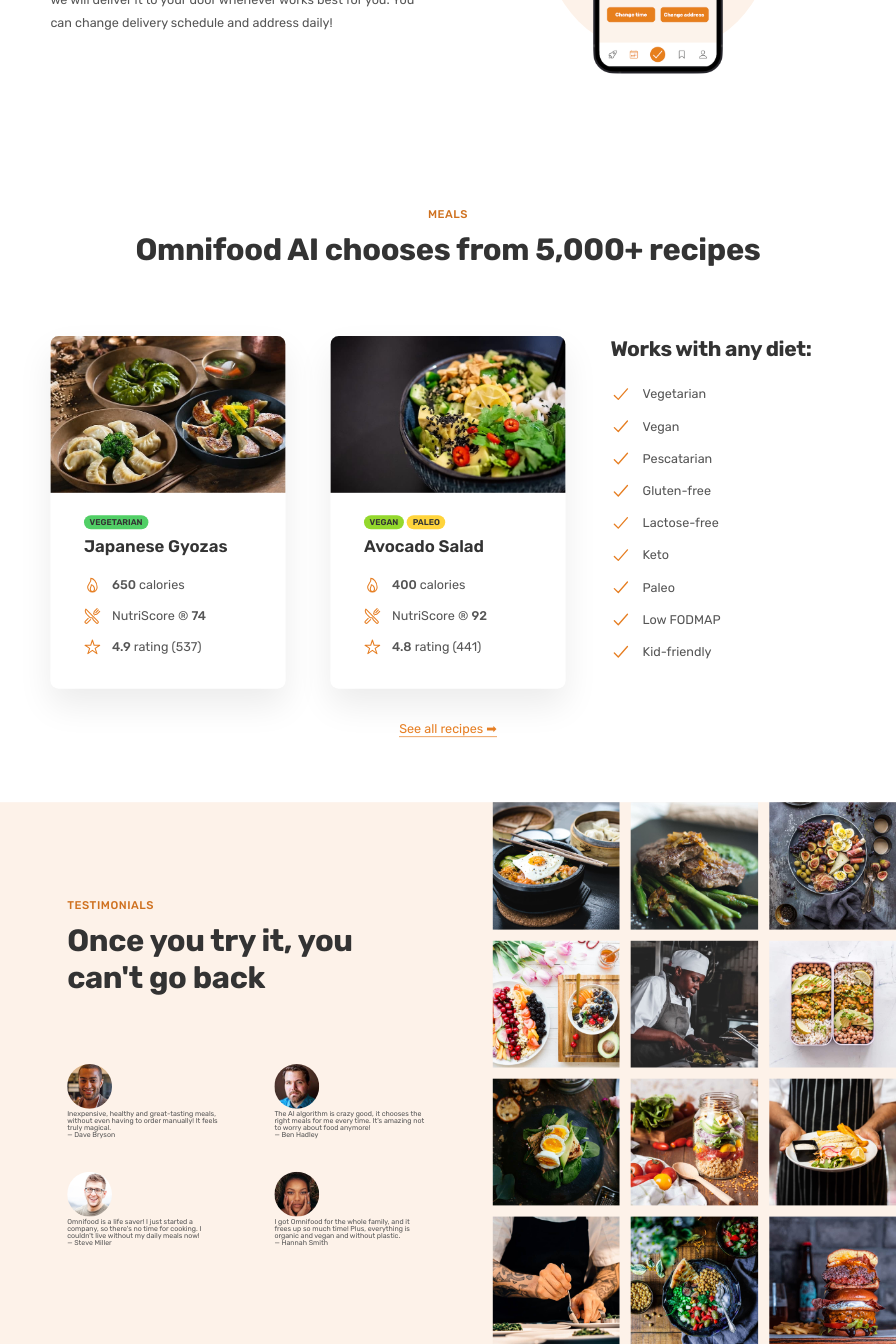
Repository: TranPhucThinh/Omnifood
Page: index.html
An editor plug-in stored every save of this project. The page is shown before and after the next save, followed by the edit.
The browser window is 1280 px wide. The pictures show the part of the page from y = 2450 to 4370 px (the page is 4370 px tall), at 70% of full size.

Above is the page before, as saved 2022-08-06 21:47:37.

### index.html
<!DOCTYPE html>
<html lang="en">

<head>
    <meta charset="UTF-8">
    <meta http-equiv="X-UA-Compatible" content="IE=edge">
    <meta name="viewport" content="width=device-width, initial-scale=1.0">

    <link rel="preconnect" href="https://fonts.googleapis.com">
    <link rel="preconnect" href="https://fonts.gstatic.com" crossorigin>
    <link href="https://fonts.googleapis.com/css2?family=Rubik:wght@300;400;500;600;700;800;900&display=swap"
        rel="stylesheet">

    <link rel="stylesheet" href="./assets/styles/general.css">
    <link rel="stylesheet" href="./assets/styles/style.css">

    <title>Omnifood</title>
</head>

<body>
    <!-- SECTION HEADER -->
    <div class="header">
        <a href="#">
            <img src="./assets/imgs/omnifood-logo.png" alt="Omnifood logo" class="header-logo">
        </a>
        <nav class="main-nav">
            <ul class="main-nav-list">
                <li>
                    <a href="#" class="main-nav-link">How it works</a>
                </li>
                <li>
                    <a href="#" class="main-nav-link">Meals</a>
                </li>
                <li>
                    <a href="#" class="main-nav-link">Testimonials</a>
                </li>
                <li>
                    <a href="#" class="main-nav-link">Pricing</a>
                </li>
                <li>
                    <a href="#" class="main-nav-link nav-btn">Try for free</a>
                </li>
            </ul>
        </nav>
    </div>
    <!-- End of SECTION HEADER -->

    <!-- SECTION HERO -->
    <section class="section-hero">
        <div class="hero">
            <div class="hero-text-box">
                <h1 class="heading-primary">A healthy meal delivered to your door, every single day</h1>
                <p class="hero-desc margin-bottom-md">The smart 365-days-per-year food subscription that will make you
                    eat healthy again.
                    Tailored to your personal tastes and nutritional needs.</p>
                <a href="#" class="btn btn--full margin-right-sm">Start eating well</a>
                <a href="#" class="btn btn--outline">Learn more ⬇</a>
                <div class="delivered-meals">
                    <div class="delivered-imgs">
                        <img src="./assets/imgs/customers/customer-1.jpg" alt="customer 1">
                        <img src="./assets/imgs/customers/customer-2.jpg" alt="customer 2">
                        <img src="./assets/imgs/customers/customer-3.jpg" alt="customer 3">
                        <img src="./assets/imgs/customers/customer-4.jpg" alt="customer 4">
                        <img src="./assets/imgs/customers/customer-5.jpg" alt="customer 5">
                        <img src="./assets/imgs/customers/customer-6.jpg" alt="customer 6">
                    </div>
                    <p class="delivered-text">
                        <span>250,000+</span> meals delivered last year!
                    </p>
                </div>
            </div>
            <div class="hero-img-box">
                <img src="./assets/imgs/hero.png"
                    alt="woman enjoy food, meals in storage container, and food bowls on a table" class="hero-img">
            </div>
        </div>
    </section>
    <!-- End of SECTION HERO -->

    <!-- SECTION FEATURED -->
    <section class="section-featured">
        <div class="container">
            <h2 class="heading-feature-in">As featured in</h2>
            <div class="logos">
                <img src="./assets/imgs/logos/techcrunch.png" alt="Techcrunch logo">
                <img src="./assets/imgs/logos/business-insider.png" alt="business insider logo">
                <img src="./assets/imgs/logos/the-new-york-times.png" alt="The new york time logo">
                <img src="./assets/imgs/logos/forbes.png" alt="Forbes logo">
                <img src="./assets/imgs/logos/usa-today.png" alt="Usa today logo">
            </div>
        </div>
    </section>
    <!-- End of SECTION FEATURED -->

    <!-- SECTION HOW IT WORKS -->
    <section class="section-how">
        <div class="container">
            <p class="subheading">HOW IT WORKS</p>
            <h2 class="heading-secondary">Your daily dose of health in 3 simple steps</h2>
        </div>
        <div class="container grid grid--2-cols grid--center-vertical">
            <!-- STEP 1 -->
            <div class="step-text-box">
                <div class="step-number">01</div>
                <h3 class="heading-tertiary">Tell us what you like (and what not)</h3>
                <p class="step-desc">Never again waste time thinking about what to eat! Omnifood AI will create a 100%
                    personalized weekly meal plan just for you. It makes sure you get all the nutrients and vitamins you
                    need, no matter what diet you follow!</p>
            </div>
            <div class="step-img-box">
                <img src="./assets/imgs/app/app-screen-1.png" alt="iPhone app preferences selection screen"
                    class="step-img">
            </div>

            <!-- STEP 2 -->
            <div class="step-img-box">
                <img src="./assets/imgs/app/app-screen-2.png" alt="iPhone app
                meal approving plan screen" class="step-img">
            </div>
            <div class="step-text-box">
                <div class="step-number">02</div>
                <h3 class="heading-tertiary">Approve your weekly meal plan</h3>
                <p class="step-desc">Once per week, approve the meal plan generated for you by Omnifood AI. You can
                    change ingredients, swap entire meals, or even add your own recipes.</p>
            </div>

            <!-- STEP 3 -->
            <div class="step-text-box">
                <div class="step-number">03</div>
                <h3 class="heading-tertiary">Receive meals at convenient time</h3>
                <p class="step-desc">Best chefs in town will cook your selected meal every day, and we will deliver it
                    to your door whenever works best for you. You can change delivery schedule and address daily!</p>
            </div>
            <div class="step-img-box">
                <img src="./assets/imgs/app/app-screen-3.png" alt="iPhone app
                delivery screen" class="step-img">
            </div>
        </div>
    </section>
    <!-- End of SECTION HOW IT WORKS -->

    <!-- SECTION MEALS -->
    <section class="section-meals">
        <div class="container center-text">
            <p class="subheading">Meals</p>
            <h2 class="heading-secondary">Omnifood AI chooses from 5,000+ recipes</h2>
        </div>
        <div class="container grid grid--3-cols margin-bottom-md">
            <div class="meal">
                <img src="./assets/imgs/meals/meal-1.jpg" alt="Japanese Gyozas" class="meal-img">
                <div class="meal-content">
                    <div class="meal-tag">
                        <p class="tag tag--vegetarian">vegetarian</p>
                    </div>
                    <p class="meal-title">Japanese Gyozas</p>
                    <ul class="meal-attributes">
                        <li class="meal-attribute">
                            <ion-icon class="meal-icon" name="flame-outline"></ion-icon>
                            <span><strong>650</strong> calories</span>
                        </li>
                        <li class="meal-attribute">
                            <ion-icon class="meal-icon" name="restaurant-outline"></ion-icon>
                            <span>NutriScore ® <strong>74</strong></span>
                        </li>
                        <li class="meal-attribute">
                            <ion-icon class="meal-icon" name="star-outline"></ion-icon>
                            <span><strong>4.9</strong> rating (537)</span>
                        </li>
                    </ul>
                </div>
            </div>
            <div class="meal">
                <img src="./assets/imgs/meals/meal-2.jpg" alt="Avocado Salad" class="meal-img">
                <div class="meal-content">
                    <div class="meal-tag">
                        <p class="tag tag--vegan">vegan</p>
                        <p class="tag tag---paleo">paleo</p>
                    </div>
                    <p class="meal-title">Avocado Salad</p>
                    <ul class="meal-attributes">
                        <li class="meal-attribute">
                            <ion-icon class="meal-icon" name="flame-outline"></ion-icon>
                            <span><strong>400</strong> calories</span>
                        </li>
                        <li class="meal-attribute">
                            <ion-icon class="meal-icon" name="restaurant-outline"></ion-icon>
                            <span>NutriScore ® <strong>92</strong></span>
                        </li>
                        <li class="meal-attribute">
                            <ion-icon class="meal-icon" name="star-outline"></ion-icon>
                            <span><strong>4.8</strong> rating (441)</span>
                        </li>
                    </ul>
                </div>
            </div>
            <div class="diet">
                <h3 class="heading-tertiary">Works with any diet:</h3>
                <ul class="list">
                    <li class="list-item">
                        <ion-icon class="list-icon" name="checkmark-outline"></ion-icon>
                        <span>Vegetarian</span>
                    </li>
                    <li class="list-item">
                        <ion-icon class="list-icon" name="checkmark-outline"></ion-icon>
                        <span>Vegan</span>
                    </li>
                    <li class="list-item">
                        <ion-icon class="list-icon" name="checkmark-outline"></ion-icon>
                        <span>Pescatarian</span>
                    </li>
                    <li class="list-item">
                        <ion-icon class="list-icon" name="checkmark-outline"></ion-icon>
                        <span>Gluten-free</span>
                    </li>
                    <li class="list-item">
                        <ion-icon class="list-icon" name="checkmark-outline"></ion-icon>
                        <span>Lactose-free</span>
                    </li>
                    <li class="list-item">
                        <ion-icon class="list-icon" name="checkmark-outline"></ion-icon>
                        <span>Keto</span>
                    </li>
                    <li class="list-item">
                        <ion-icon class="list-icon" name="checkmark-outline"></ion-icon>
                        <span>Paleo</span>
                    </li>
                    <li class="list-item">
                        <ion-icon class="list-icon" name="checkmark-outline"></ion-icon>
                        <span>Low FODMAP</span>
                    </li>
                    <li class="list-item">
                        <ion-icon class="list-icon" name="checkmark-outline"></ion-icon>
                        <span>Kid-friendly</span>
                    </li>
                </ul>
            </div>
        </div>
        <div class="container all-recipes center-text">
            <a href="#" class="link">See all recipes ➡</a>
        </div>
    </section>
    <!-- End of SECTION MEALS -->

    <!-- SECTION TESTIMONIALS -->
    <div class="section-testimonials">
        <div class="testimonials-container">
            <div class="subheading">testimonials</div>
            <div class="heading-secondary">Once you try it, you can't go back</div>
            <div class="testimonials">
                <div class="testimonial">
                    <img src="./assets/imgs/customers/dave.jpg" alt="Photo of customer Dave Bryson"
                        class="testimonial-img">
                    <blockquote class="testimonial-text">Inexpensive, healthy and great-tasting meals, without even
                        having to order manually! It feels truly magical.</blockquote>
                    <p class="testimonial-name">— Dave Bryson</p>
                </div>
                <div class="testimonial">
                    <img src="./assets/imgs/customers/ben.jpg" alt="Photo of customer Ben Hadley"
                        class="testimonial-img">
                    <blockquote class="testimonial-text">The AI algorithm is crazy good, it chooses the right meals for
                        me every time. It's amazing not to worry about food anymore!</blockquote>
                    <p class="testimonial-name">— Ben Hadley</p>
                </div>
                <div class="testimonial">
                    <img src="./assets/imgs/customers/steve.jpg" alt="Photo of customer Steve Miller"
                        class="testimonial-img">
                    <blockquote class="testimonial-text">Omnifood is a life saver! I just started a company, so there's
                        no time for cooking. I couldn't live without my daily meals now!</blockquote>
                    <p class="testimonial-name">— Steve Miller</p>
                </div>
                <div class="testimonial">
                    <img src="./assets/imgs/customers/hannah.jpg" alt="Photo of customer Hannah Smith"
                        class="testimonial-img">
                    <blockquote class="testimonial-text">I got Omnifood for the whole family, and it frees up so much
                        time! Plus, everything is organic and vegan and without plastic.</blockquote>
                    <p class="testimonial-name">— Hannah Smith</p>
                </div>
            </div>
        </div>
        <div class="gallery">
            <img src="./assets/imgs/gallery/gallery-1.jpg" alt="Photo of beautifully arranged food"
                class="gallery-item">
            <img src="./assets/imgs/gallery/gallery-2.jpg" alt="Photo of beautifully arranged food"
                class="gallery-item">
            <img src="./assets/imgs/gallery/gallery-3.jpg" alt="Photo of beautifully arranged food"
                class="gallery-item">
            <img src="./assets/imgs/gallery/gallery-4.jpg" alt="Photo of beautifully arranged food"
                class="gallery-item">
            <img src="./assets/imgs/gallery/gallery-5.jpg" alt="Photo of beautifully arranged food"
                class="gallery-item">
            <img src="./assets/imgs/gallery/gallery-6.jpg" alt="Photo of beautifully arranged food"
                class="gallery-item">
            <img src="./assets/imgs/gallery/gallery-7.jpg" alt="Photo of beautifully arranged food"
                class="gallery-item">
            <img src="./assets/imgs/gallery/gallery-8.jpg" alt="Photo of beautifully arranged food"
                class="gallery-item">
            <img src="./assets/imgs/gallery/gallery-9.jpg" alt="Photo of beautifully arranged food"
                class="gallery-item">
            <img src="./assets/imgs/gallery/gallery-10.jpg" alt="Photo of beautifully arranged food"
                class="gallery-item">
            <img src="./assets/imgs/gallery/gallery-11.jpg" alt="Photo of beautifully arranged food"
                class="gallery-item">
            <img src="./assets/imgs/gallery/gallery-12.jpg" alt="Photo of beautifully arranged food"
                class="gallery-item">
        </div>
    </div>
    <!-- End of SECTION TESTIMONIALS -->

    <script type="module" src="https://unpkg.com/ionicons@5.5.2/dist/ionicons/ionicons.esm.js"></script>
    <script nomodule src="https://unpkg.com/ionicons@5.5.2/dist/ionicons/ionicons.js"></script>
</body>

</html>

### assets/styles/general.css
* {
  margin: 0;
  padding: 0;
  box-sizing: border-box;
}

html {
  font-size: 62.5%;
}

body {
  font-family: 'Rubik', sans-serif;
  line-height: 1;
  font-weight: 400;
  color: #555;
}

/* GENERAL REUSABLE COMPONENTS */
.container {
  max-width: 120rem;
  padding: 0 3.2rem;
  margin: 0 auto;
}

.grid {
  display: grid;
  row-gap: 9.6rem;
  column-gap: 6.4rem;
}

.grid--2-cols {
  grid-template-columns: repeat(2, 1fr);
}

.grid--3-cols {
  grid-template-columns: repeat(3, 1fr);
}

.grid--4-cols {
  grid-template-columns: repeat(4, 1fr);
}

.grid--center-vertical {
  align-items: center;
}

.heading-primary,
.heading-secondary,
.heading-tertiary {
  letter-spacing: -0.5px;
  color: #333;
  font-weight: 700;
}

.heading-primary {
  line-height: 1.05;
  font-size: 5.2rem;
  margin-bottom: 3.2rem;
}

.heading-secondary {
  font-size: 4.4rem;
  line-height: 1.2;
  margin-bottom: 9.6rem;
}

.heading-tertiary {
  font-size: 3rem;
  line-height: 1.2;
  margin-bottom: 3.2rem;
}

.subheading {
  font-size: 1.6rem;
  color: #cf711f;
  margin-bottom: 1.6rem;
  font-weight: 500;
  letter-spacing: 0.75px;
  text-transform: uppercase;
}

.hero-text-box .btn:link,
.hero-text-box .btn:visited {
  text-decoration: none;
  font-size: 2rem;
  font-weight: 600;
  display: inline-block;
  border-radius: 8px;
  padding: 1.6rem 3.2rem;
  transition: all 0.3s;
}

.hero-text-box .btn--full:link,
.hero-text-box .btn--full:visited {
  color: #fff;
  background-color: #e67e22;
}

.hero-text-box .btn--full:hover,
.hero-text-box .btn--full:active {
  background-color: #cf711f;
}

.hero-text-box .btn--outline:link,
.hero-text-box .btn--outline:visited {
  color: #555;
  background-color: #fff;
  border: -4px solid #fff;
}

.hero-text-box .btn--outline:hover,
.hero-text-box .btn--outline:active {
  background-color: #fdf2e9;
}

.step-img-box::before,
.step-img-box::after {
  content: '';
  display: block;
  position: absolute;
  top: 50%;
  left: 50%;
  transform: translate(-50%, -50%);
  border-radius: 50%;
}

.center-text {
  text-align: center;
}

.margin-right-sm {
  margin-right: 1.6rem !important;
}

.margin-bottom-md {
  margin-bottom: 4.8rem !important;
}
/* END of GENERAL REUSABLE COMPONENTS */

### assets/styles/style.css
/* Section Header */
.header {
  display: flex;
  justify-content: space-between;
  height: 9.6rem;
  align-items: center;
  padding: 0 4.8rem;
  background-color: #fdf2e9;
}

.header-logo {
  height: 2.2rem;
}

.main-nav-list {
  display: flex;
  list-style-type: none;
  gap: 3.2rem;
}

.main-nav-link:link,
.main-nav-link:visited {
  text-decoration: none;
  font-size: 1.8rem;
  color: #333;
  font-weight: 500;
  transition: all 0.3s;
}

.main-nav-link:hover,
.main-nav-link:active {
  color: #cf711f;
}

.main-nav-link.nav-btn:link,
.main-nav-link.nav-btn:visited {
  padding: 1.2rem 2.4rem;
  border-radius: 9px;
  background-color: #e67e22;
  color: #fff;
}

.main-nav-link.nav-btn:hover,
.main-nav-link.nav-btn:active {
  color: #fff;
  background-color: #cf711f;
}
/* End of Section Header */

/* Section Hero */
.section-hero {
  background-color: #fdf2e9;
  padding: 4.8rem 0 9.6rem;
}

.hero {
  max-width: 130rem;
  margin: 0 auto;
  display: grid;
  grid-template-columns: 1fr 1fr;
  gap: 9.6rem;
  padding: 0 3.2rem;
  align-items: center;
}

.hero-text-box .hero-desc {
  font-size: 2rem;
  color: #555;
  line-height: 1.6;
  /* margin-bottom: 4.8rem; */
}

.hero-img-box .hero-img {
  width: 100%;
}

.delivered-meals {
  margin-top: 8rem;
  display: flex;
  align-items: center;
  gap: 1.6rem;
}

.delivered-imgs {
  display: flex;
}

.delivered-imgs img {
  width: 4.8rem;
  height: 4.8rem;
  border-radius: 50%;
  border: 3px solid #fff;
  margin-right: -1.6rem;
}

.delivered-imgs img:last-child {
  margin-right: 0;
}

.delivered-text {
  font-size: 1.8rem;
  font-weight: 600;
}

.delivered-text span {
  font-weight: 700;
  color: #cf711f;
}
/* End of Section Hero */

/* Section featured */
.section-featured {
  padding: 4.8rem 0 3.2rem;
}
.logos {
  display: flex;
  justify-content: space-around;
}

.heading-feature-in {
  font-size: 1.4rem;
  text-transform: uppercase;
  letter-spacing: 0.75px;
  font-weight: 500;
  color: #888;
  text-align: center;
  margin-bottom: 2.4rem;
}

.section-featured img {
  height: 3.2rem;
  filter: brightness(0%);
  opacity: 0.5;
}
/* End of Section featured */

/* Section how it works */
.section-how {
  padding: 9.6rem 0;
}
.step-number {
  font-size: 8.6rem;
  color: #ddd;
  font-weight: 600;
  margin-bottom: 1.2rem;
}

.step-desc {
  font-size: 1.8rem;
  color: #555;
  line-height: 1.8;
}

.step-img-box {
  text-align: center;
  position: relative;
}

.step-img-box::before {
  width: 60%;
  padding-bottom: 60%;

  background-color: #fdf2e9;
  z-index: -2;
}

.step-img-box::after {
  width: 45%;
  padding-bottom: 45%;
  background-color: #fae5d3;
  z-index: -1;
}

.step-img {
  width: 35%;
}
/* End of Section how it works */

/* Section meals */
.section-meals {
  padding: 9.6rem 0;
}
.meal {
  border-radius: 12px;
  overflow: hidden;
  box-shadow: 0 2.4rem 4.8rem rgb(0 0 0 / 8%);
  transition: all 0.4s;
}

.meal:hover {
  transform: translateY(-1.2rem);
}

.meal-img {
  width: 100%;
  display: block;
}

.meal-content {
  padding: 3.2rem 4.8rem 4.8rem;
}

.meal-tag {
  margin-bottom: 1.2rem;
}

.tag {
  display: inline-block;
  font-size: 1.2rem;
  text-transform: uppercase;
  color: #333;
  font-weight: 600;
  padding: 4px 8px;
  border-radius: 12px;
}

.tag--vegetarian {
  background-color: #51cf66;
}

.tag--vegan {
  background-color: #94d82d;
  margin-right: 2px;
}

.tag---paleo {
  background-color: #ffd43b;
}

.meal-title {
  font-size: 2.4rem;
  color: #333;
  font-weight: 600;
  margin-bottom: 3.2rem;
}

.meal-attributes {
  list-style-type: none;
  display: flex;
  flex-direction: column;
  justify-content: space-between;
  gap: 2rem;
}

.meal-attribute {
  font-size: 1.8rem;
  display: flex;
  gap: 1.6rem;
  align-items: center;
}

.meal-attribute strong {
  font-weight: 500;
}

.meal-attribute .meal-icon {
  width: 2.4rem;
  height: 2.4rem;
  color: #e67e22;
}

.list {
  list-style-type: none;
  display: flex;
  flex-direction: column;
  gap: 1.6rem;
}

.list-item {
  display: flex;
  gap: 1.6rem;
  align-items: center;
  font-size: 1.8rem;
}

.list-icon {
  width: 3rem;
  height: 3rem;
  color: #e67e22;
}

.link:link,
.link:visited {
  font-size: 1.8rem;
  border-bottom: 1px solid #e67e22;
  color: #e67e22;
  text-decoration: none;
  transition: all 0.3s;
}

.link:hover,
.link:active {
  color: #cf711f;
  border-bottom: 1px solid transparent;
}
/* End of Section meals */

/* Section Testimonials */
.section-testimonials {
  display: grid;
  grid-template-columns: 55fr 45fr;
  background-color: #fdf2e9;
  align-items: center;
}

.testimonials-container {
  padding: 9.6rem;
}

.testimonials {
  display: grid;
  grid-template-columns: repeat(2, 1fr);
  row-gap: 4.8rem;
  column-gap: 8rem;
}

.testimonial-img {
  width: 6.4rem;
  height: 6.4rem;
  border-radius: 50%;
}

.gallery {
  display: grid;
  grid-template-columns: repeat(3, 1fr);
  gap: 1.6rem;
}

.gallery-item {
  width: 100%;
}
/* End of Section Testimonials */

After the next save:
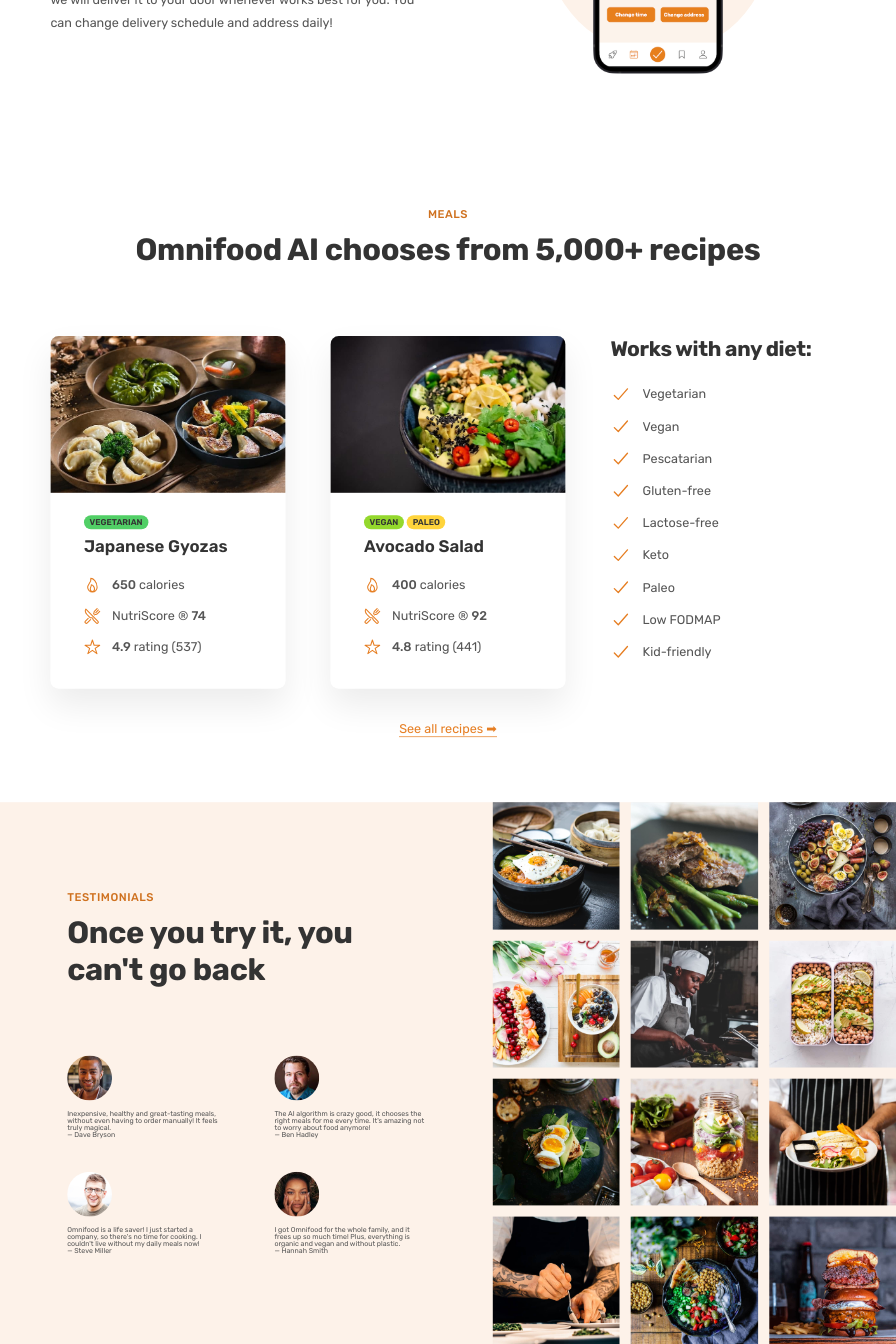
Saved 57 s later.
--- a/assets/styles/style.css
+++ b/assets/styles/style.css
@@ -318,6 +318,7 @@
   width: 6.4rem;
   height: 6.4rem;
   border-radius: 50%;
+  margin-bottom: 1.2rem;
 }
 
 .gallery {
